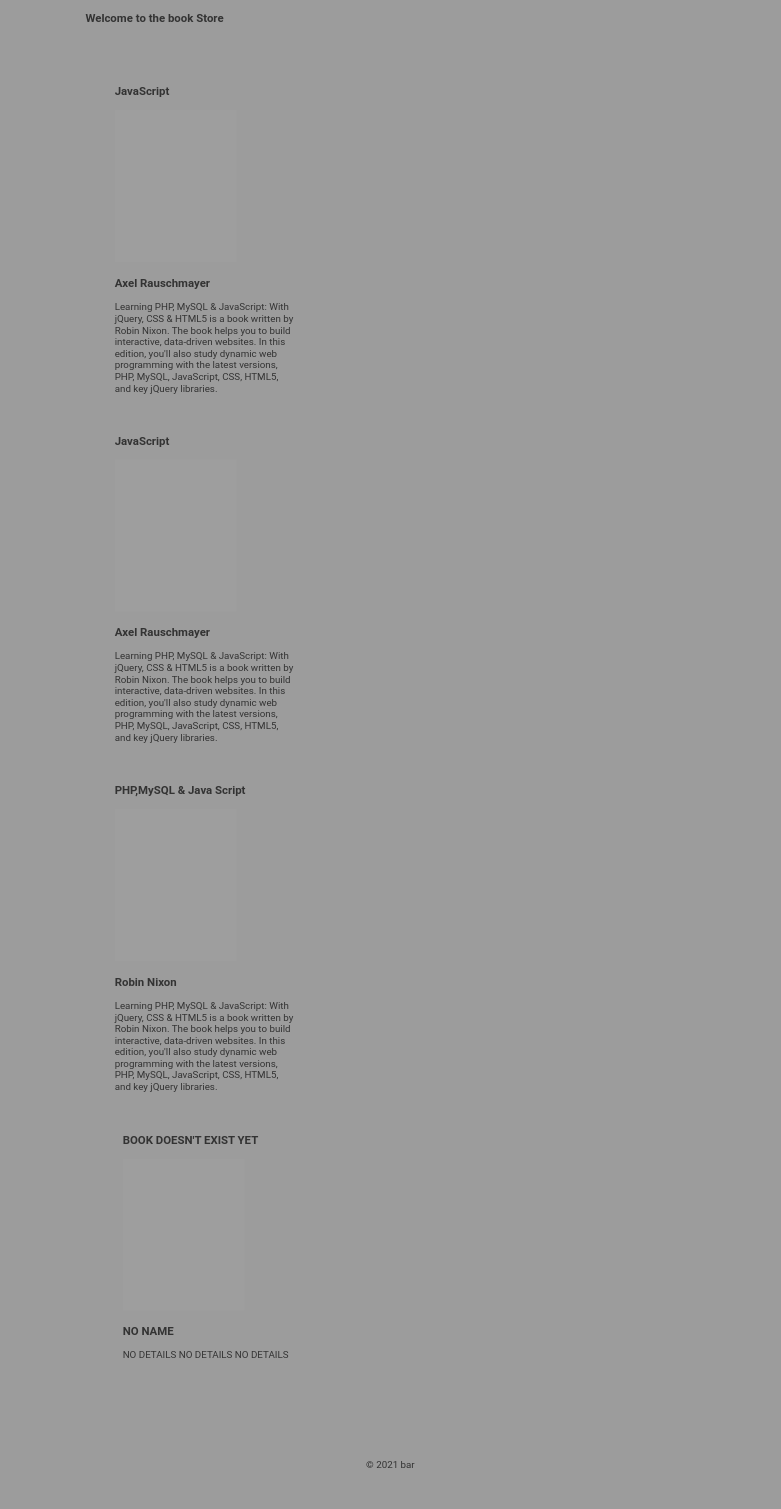
Repository: Axe33ile/React_JS
Page: / (app in book/)
The author's editor kept a copy of each file at every save. The page is drawn from the files as they stood at one save, then again after the next save.
The browser window is 1280 px wide. The pictures show the whole page, at 61% of full size.
Pictures or frames that could not be fetched are drawn as grey boxes. The project was rebuilt for these pictures with package versions that can differ from the ones it lists, and the page was loaded fresh each time.

Above is the page before, as saved 2021-04-24 00:29:53.

After the next save:
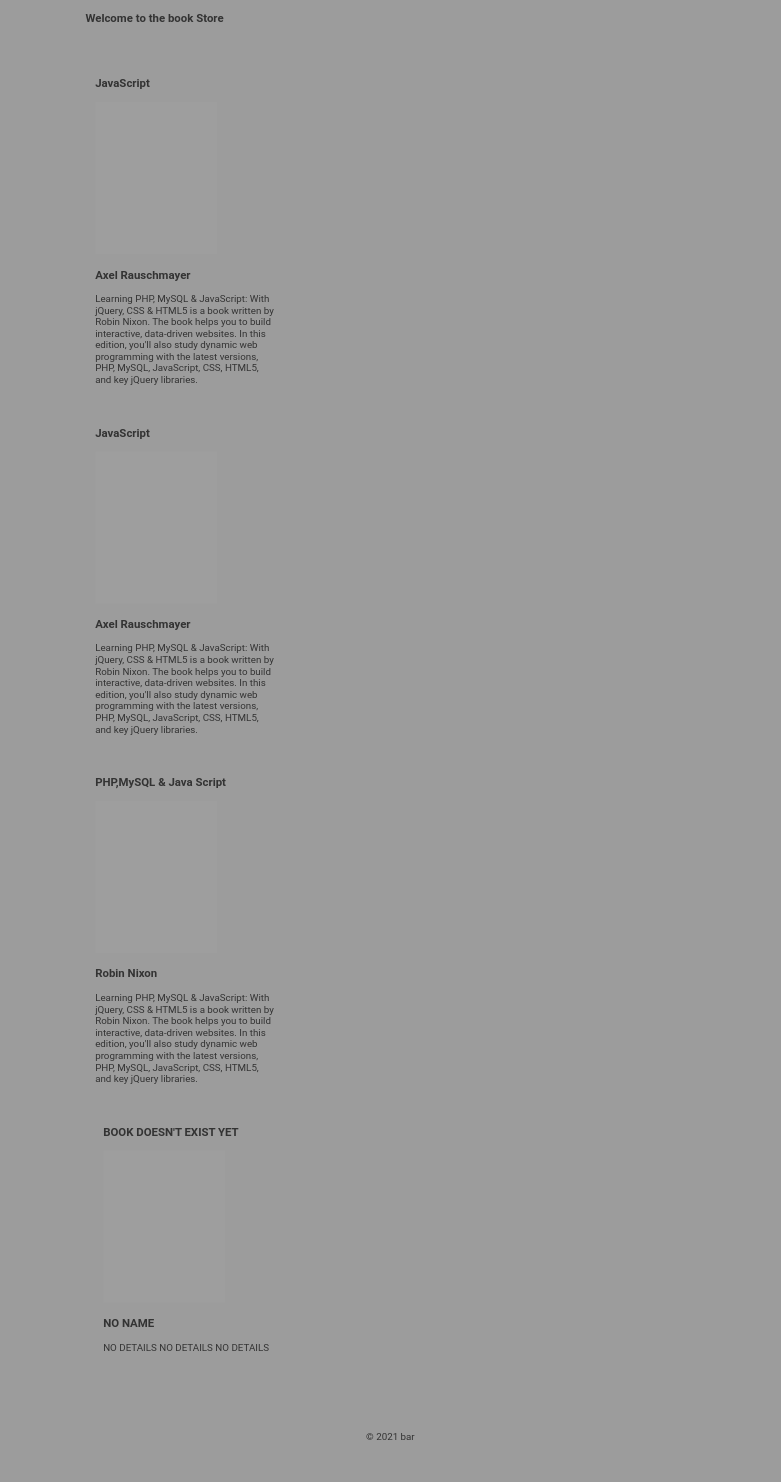
Saved 4 s later.
--- a/book/src/index.css
+++ b/book/src/index.css
@@ -51,7 +51,6 @@ footer {
   flex-wrap: wrap;
   justify-content: center;
   padding: 2rem 0;
-  margin:2rem;
   width:330px;
 }
 
